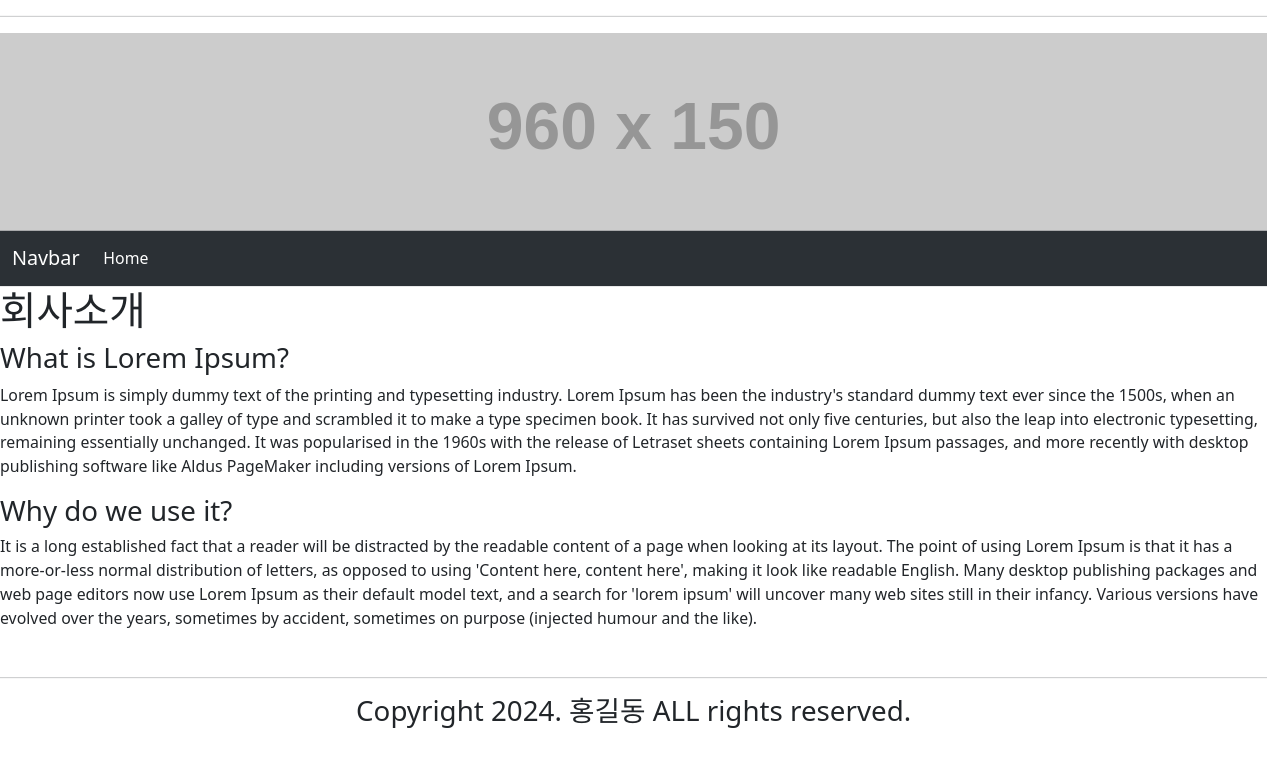
Repository: nltpbj/jsp
Page: http://localhost/ex01/
An editor plug-in stored every save of this project. The page is shown before and after the next save, followed by the edit.
The browser window is 1280 px wide. The pictures show the whole page, at 99% of full size.
The page is served by Tomcat 9.

Above is the page before, as saved 2024-04-29 02:08:03.

After the next save:
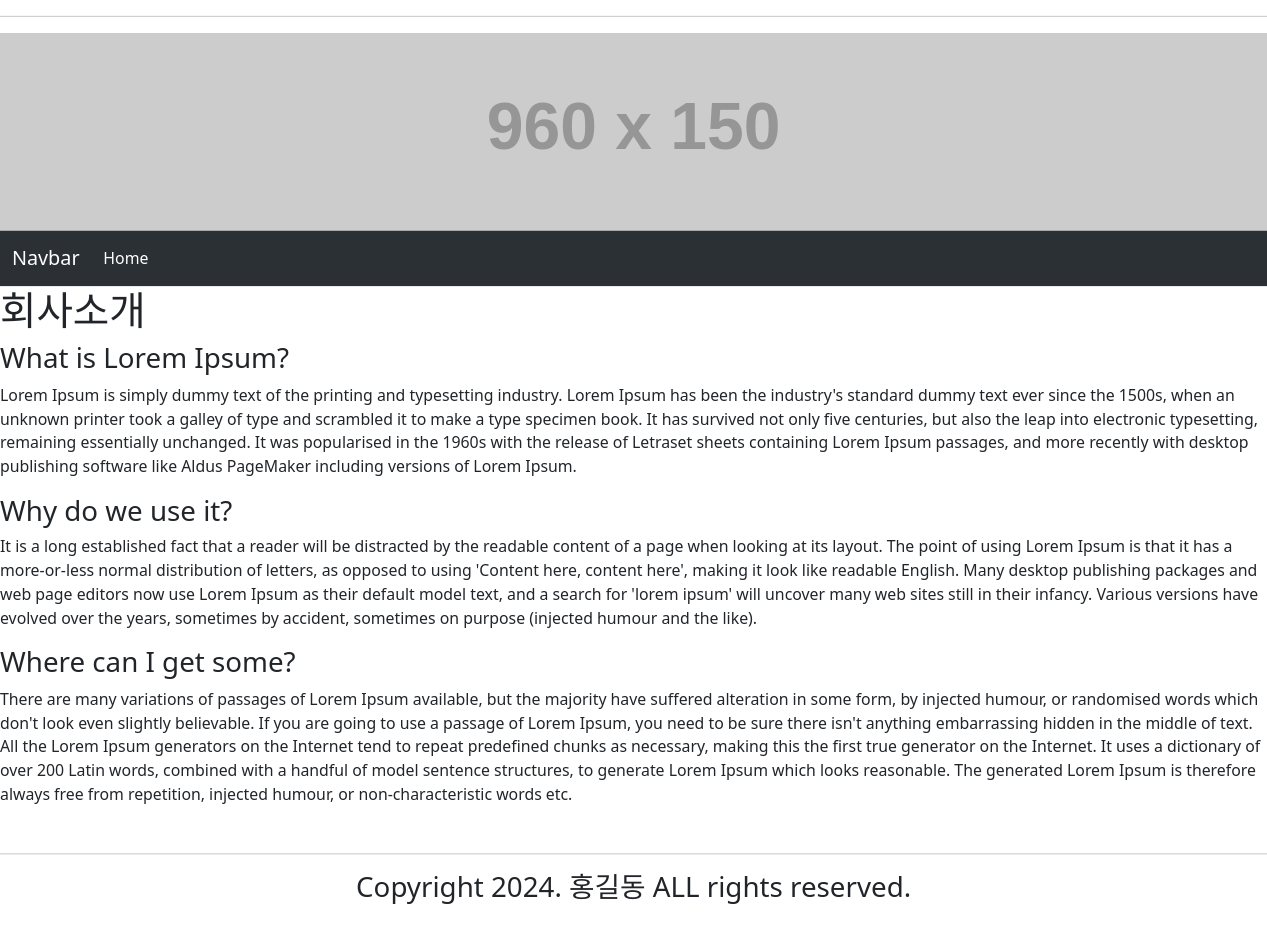
Saved 61 s later.
--- a/ex01/src/main/webapp/about.jsp
+++ b/ex01/src/main/webapp/about.jsp
@@ -6,6 +6,8 @@
 	<p>Lorem Ipsum is simply dummy text of the printing and typesetting industry. Lorem Ipsum has been the industry's standard dummy text ever since the 1500s, when an unknown printer took a galley of type and scrambled it to make a type specimen book. It has survived not only five centuries, but also the leap into electronic typesetting, remaining essentially unchanged. It was popularised in the 1960s with the release of Letraset sheets containing Lorem Ipsum passages, and more recently with desktop publishing software like Aldus PageMaker including versions of Lorem Ipsum.</p>
 	<h3>Why do we use it?</h3>
 	<p>It is a long established fact that a reader will be distracted by the readable content of a page when looking at its layout. The point of using Lorem Ipsum is that it has a more-or-less normal distribution of letters, as opposed to using 'Content here, content here', making it look like readable English. Many desktop publishing packages and web page editors now use Lorem Ipsum as their default model text, and a search for 'lorem ipsum' will uncover many web sites still in their infancy. Various versions have evolved over the years, sometimes by accident, sometimes on purpose (injected humour and the like).</p>
+	<h3>Where can I get some?</h3>
+	<p>There are many variations of passages of Lorem Ipsum available, but the majority have suffered alteration in some form, by injected humour, or randomised words which don't look even slightly believable. If you are going to use a passage of Lorem Ipsum, you need to be sure there isn't anything embarrassing hidden in the middle of text. All the Lorem Ipsum generators on the Internet tend to repeat predefined chunks as necessary, making this the first true generator on the Internet. It uses a dictionary of over 200 Latin words, combined with a handful of model sentence structures, to generate Lorem Ipsum which looks reasonable. The generated Lorem Ipsum is therefore always free from repetition, injected humour, or non-characteristic words etc.</p>
 
 
 </div>
